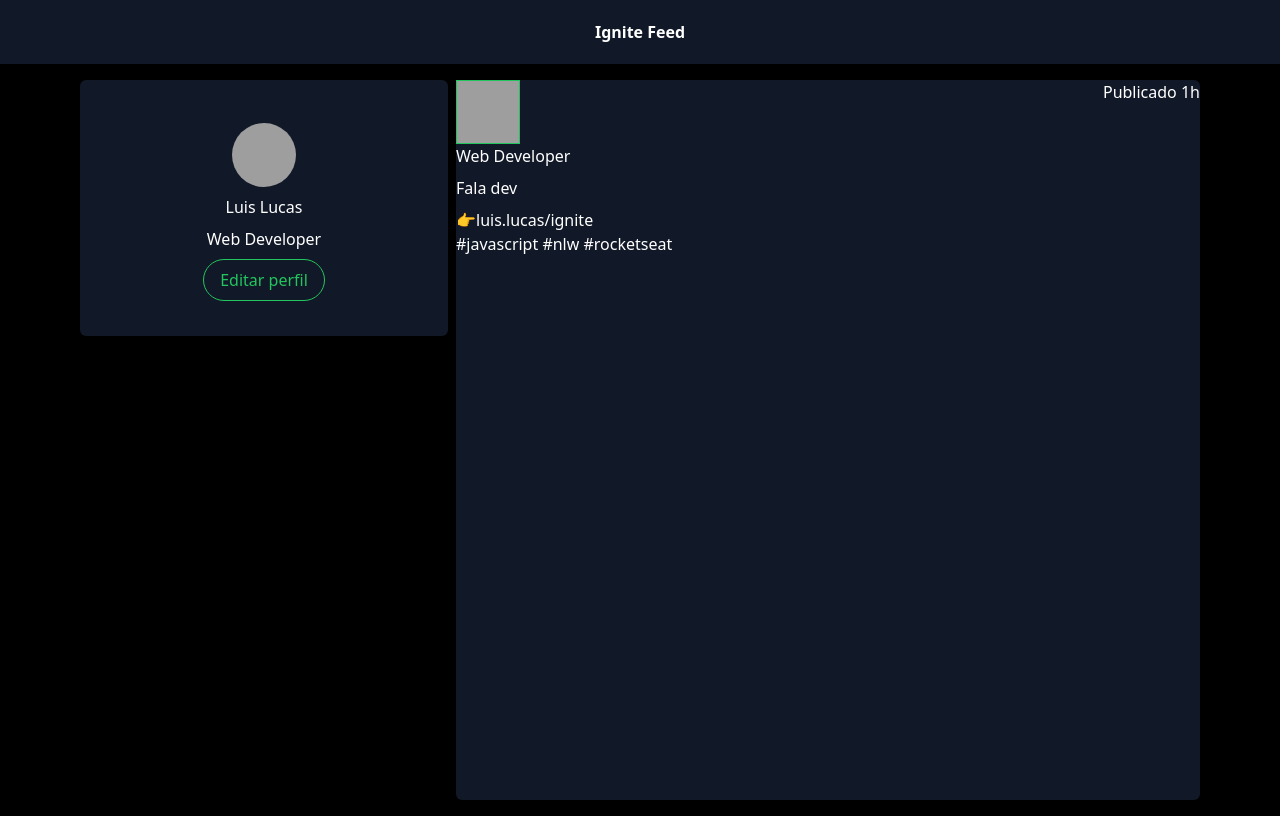
Repository: LuisSempre/ignite-feed
Page: /
These files come from the project's save history. The page is drawn as it stood at one moment and after a run of saves; the edit follows.
The browser window is 1280 px wide. The pictures show the whole page.
Pictures or frames that could not be fetched are drawn as grey boxes. The project was rebuilt for these pictures with package versions that can differ from the ones it lists, and the page was loaded fresh each time. Also part of the build but not shown: vite.config.js.

Above is the page before, as saved 2022-07-13 23:12:10.

### src/App.jsx
import { Header } from "./Components/Header"
import { Sidebar } from "./Components/Sidebar"
import { Post } from "./Components/Post"
function App() {
  return (
    <div>
      <Header />
      <div className="max-w-6xl mx-auto p-4 grid grid-cols-3 gap-2 items-start">
        <Sidebar />
        <div className="col-span-2">
         <Post />
        </div>
      </div>
    </div>
  );
}

export default App;

### src/index.css
@tailwind base;
@tailwind components;
@tailwind utilities;

body {
    @apply bg-black text-white;
}

### src/Components/Header.jsx
export function Header() {
  return (
    <div className="flex items-center justify-center h-16 bg-gray-900 mx-auto w-full">
      <h1 className="font-bold bg-gray-900">Ignite Feed</h1>
    </div>
  )
}

### src/Components/Sidebar.jsx
export function Sidebar() {
  return (
    <div className="rounded-md bg-gray-900 justify-center items-center flex flex-col text-center  h-64 space-y-2">
        <span className=" bg-gradient-r from-green-500 via-blue-500"></span>
        <img
          className="w-16 h-16 rounded-full overflow-hidden object-cover"
          src="https://avatars.githubusercontent.com/u/32404639?v=4"
          alt=""
        />
        <h1>Luis Lucas</h1>
        <span>Web Developer</span>
        <a
          href=""
          className="border border-green-500 px-4 py-2 rounded-full text-green-500"
        >
          Editar perfil
        </a>
    </div>
  );
}

### src/Components/Post.jsx
export function Post() {
  return (
    <div className=" bg-gray-900 rounded-md h-screen space-y-2">
      <div className="flex justify-between ">
        <div className=" flex flex-col">
          <img
            className="h-16 w-16 border border-green-500"
            src="https://github.com/luissempre.png"
            alt=""
          />
          <span>Web Developer</span>
        </div>
        <div>
          <time dataTime="2022-05-11 08:13:00">Publicado 1h</time>
        </div>
      </div>
      <div className="space-y-2">
        <div>
          <p>Fala dev</p>
        </div>
        <div>
        <p>
          👉luis.lucas/ignite
          </p>
          <p>#javascript #nlw #rocketseat</p>
        </div>
      </div>
    </div>
  );
}

Loaded but not shown: index.html (common file); src/main.jsx (common file); tailwind.config.js (common file)

After the next 2 saves:
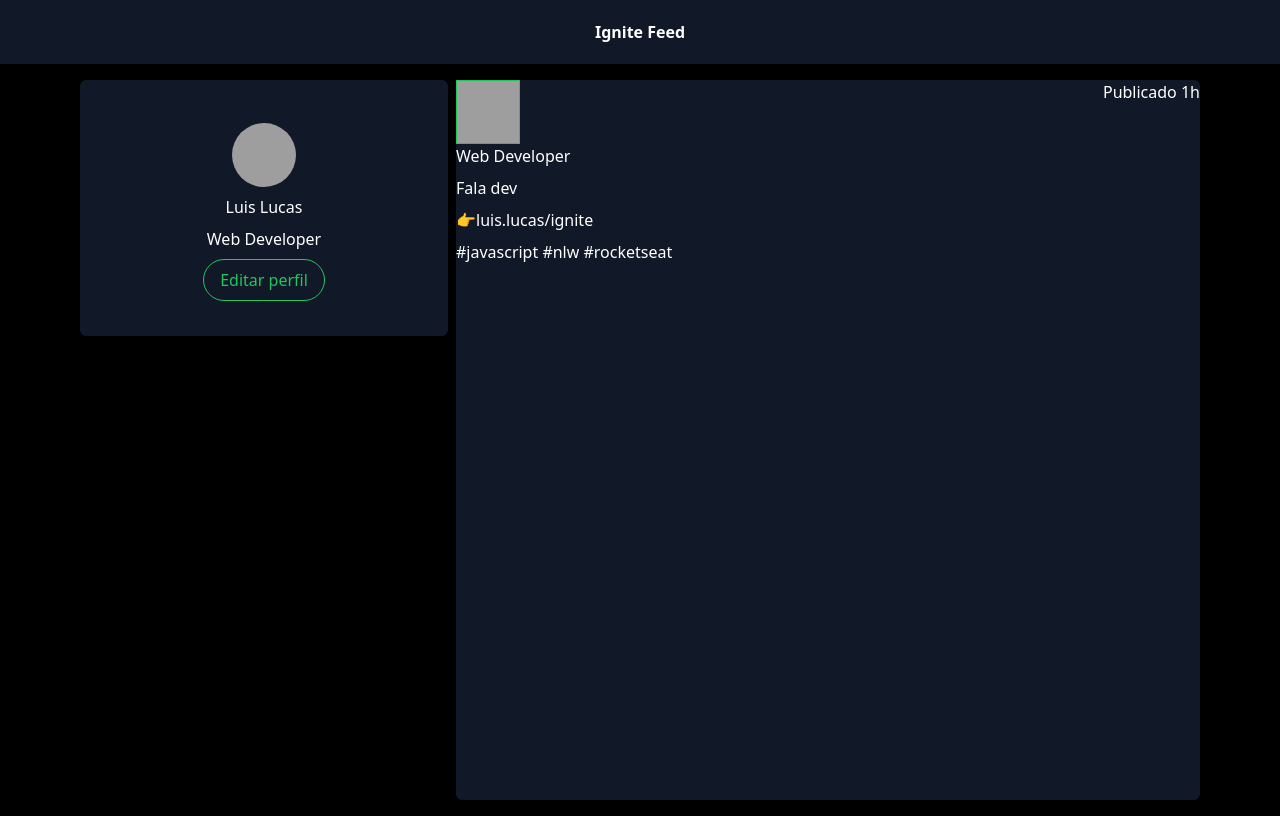
The 2 saves are shown as one change because they came seconds apart.
The last was saved 13 s later.
--- a/src/Components/Post.jsx
+++ b/src/Components/Post.jsx
@@ -15,15 +15,9 @@ export function Post() {
         </div>
       </div>
       <div className="space-y-2">
-        <div>
-          <p>Fala dev</p>
-        </div>
-        <div>
-        <p>
-          👉luis.lucas/ignite
-          </p>
-          <p>#javascript #nlw #rocketseat</p>
-        </div>
+        <p>Fala dev</p>
+        <p>👉luis.lucas/ignite</p>
+        <p>#javascript #nlw #rocketseat</p>
       </div>
     </div>
   );
